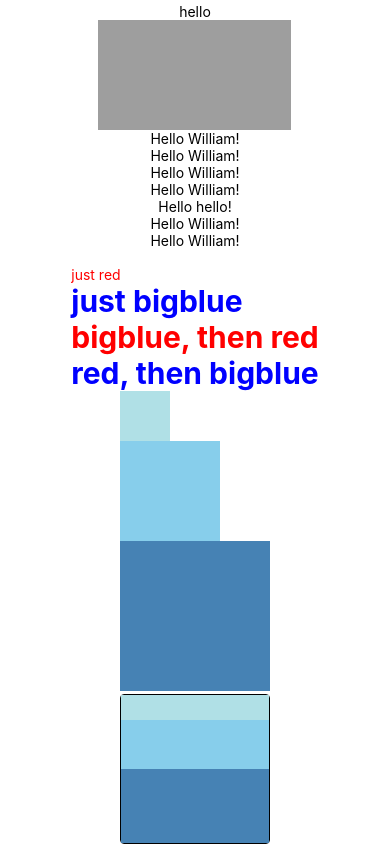
Repository: wcc17/project-adara
Screen: / (app in ProjectAdara/)
These files come from the project's save history. The screen is drawn as it stood at one moment and after the next save; the edit follows.
Pictures or frames that could not be fetched are drawn as grey boxes. The app was drawn by React Native's web renderer in a window 390 px wide. The project was rebuilt for these pictures with package versions that can differ from the ones it lists, and the page was loaded fresh each time.

Above is the screen before, as saved 2018-05-27 13:12:03.

### ProjectAdara/App.js
import React, { Component } from 'react';
import { StyleSheet, Text, ScrollView, View, Image, SafeAreaView } from 'react-native';
import FlexDimensionsBasicsComponent from './src/components/FlexDimensionsBasicsComponent'

export default class App extends React.Component {
    render() {
        return (
            <SafeAreaView style={{flex: 1, backgroundColor: 'black'}}>
                <ScrollView contentContainerStyle={styles.container}>
                    <BasicStuffComponent/>
                    <FlexDimensionsBasicsComponent
                        style={flexDimensionStyleSheet.flexDimensionComponentStyle}/>
                </ScrollView>
            </SafeAreaView>
        );
    }
}

class BasicStuffComponent extends Component {
    render() {
        let image = {
            uri: 'https://upload.wikimedia.org/wikipedia/commons/d/de/Bananavarieties.jpg'
        };

        return (
            <View style={styles.container}>
                <Text>hello</Text>
                <Image source={image} style={{ width: 193, height: 110 }} />
                <DumbGreetingComponent name='William' />
                <DumbGreetingComponent name='William' />
                <DumbGreetingComponent name='William' />
                <DumbGreetingComponent name='William' />
                <DumbGreetingComponent name='hello' />
                <DumbGreetingComponent name='William' />
                <DumbGreetingComponent name='William' />
                <Blink text="this is blinking text" />
                <StyledComponent/>
                <FixedDimensionsComponent/>
            </View>
        )
    }
}

class DumbGreetingComponent extends Component {
    render() {
        return (
            <Text>Hello {this.props.name}!</Text>
        );
    }
}

class Blink extends Component {
    constructor(props) {
        super(props);
        this.state = { isShowingText: true };

        // Toggle the state every second
        setInterval(() => {
            this.setState(previousState => {
                return { isShowingText: !previousState.isShowingText };
            });
        }, 1000);
    }

    render() {
        let display = this.state.isShowingText ? this.props.text : ' ';
        return (
            <Text>{display}</Text>
        );
    }
}

class StyledComponent extends Component {
    render() {
        return (
        <View>
            <Text style={styles.red}>just red</Text>
            <Text style={styles.bigblue}>just bigblue</Text>
            <Text style={[styles.bigblue, styles.red]}>bigblue, then red</Text>
            <Text style={[styles.red, styles.bigblue]}>red, then bigblue</Text>
        </View>
        );
    }
}

class FixedDimensionsComponent extends Component {
    render() {
        return (
            <View>
                <View style={{width: 50, height: 50, backgroundColor: 'powderblue'}}/>
                <View style={{width: 100, height: 100, backgroundColor: 'skyblue'}}/>
                <View style={fixedDimensionStyleSheet.steelBlueView}/>
            </View>
        )
    }
}



const styles = StyleSheet.create({
    container: {
        flex: 1,
        backgroundColor: '#fff',
        alignItems: 'center',
        justifyContent: 'center',
    },
    bigblue: {
        color: 'blue',
        fontWeight: 'bold',
        fontSize: 30,
    },
    red: {
        color: 'red',
    },
});

const fixedDimensionStyleSheet = StyleSheet.create({
    steelBlueView: {
        width: 150,
        height: 150,
        backgroundColor: 'steelblue'
    },
});

const flexDimensionStyleSheet = StyleSheet.create({
    flexDimensionComponentStyle: {
        width: 150,
        height: 150,

        borderRadius: 4,
        borderWidth: 1.5,
        borderColor: 'black',
    },
});

### ProjectAdara/src/components/FlexDimensionsBasicsComponent.js
import React, { Component } from 'react';
import { View } from 'react-native';

export default class FlexDimensionsBasicsComponent extends Component {
    render() {
        return (
            //a height and width should be passed in with style prop
            // <View style={{flex: 1}}>
            <View style={this.props.style}>
                <View style={{flex: 1, backgroundColor: 'powderblue'}} />
                <View style={{flex: 2, backgroundColor: 'skyblue'}} />
                <View style={{flex: 3, backgroundColor: 'steelblue'}} />
            </View>
        );
    }
}

After the next save:
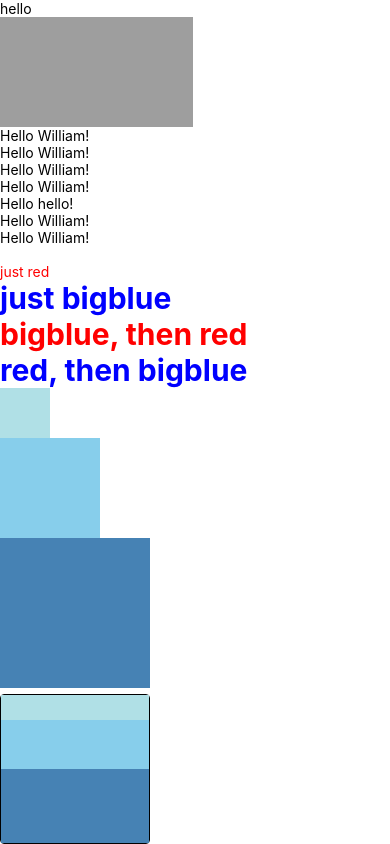
Saved 39 s later.
--- a/ProjectAdara/App.js
+++ b/ProjectAdara/App.js
@@ -101,8 +101,8 @@ const styles = StyleSheet.create({
     container: {
         flex: 1,
         backgroundColor: '#fff',
-        alignItems: 'center',
-        justifyContent: 'center',
+        // alignItems: 'center',
+        // justifyContent: 'center',
     },
     bigblue: {
         color: 'blue',
